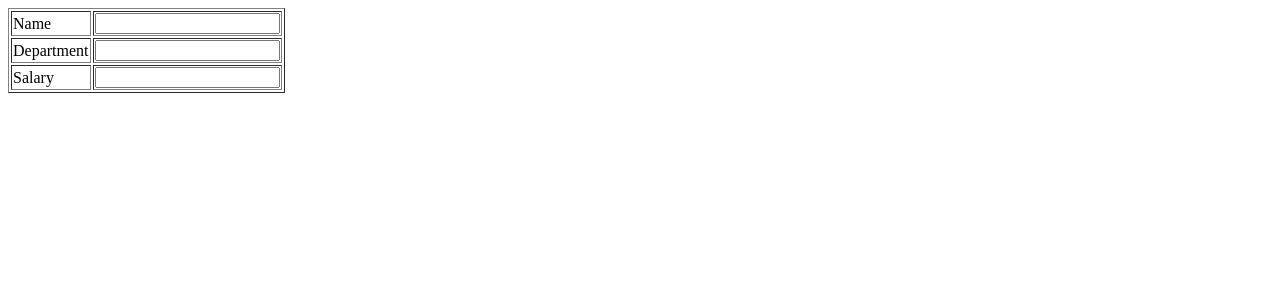
Repository: pallavi-vetal/BE-CL3
Page: C1/src/index.html
The author's editor kept a copy of each file at every save. The page is drawn from the files as they stood at one save, then again after the next save.
The browser window is 1280 px wide. The pictures show the whole page.

Above is the page before, as saved 2018-04-19 14:54:18.

### C1/src/index.html
<html><head><title>C1</title></head>
	<form action="/add" method = "post">
		<table border = "1">
			<thead>
			</thead>
			<tr>
			<td>Name</td>
			<td><input tyep ="text" name = "name"/></td>
			</tr>
			<tr>
			<td>Department</td>
			<td><input tyep ="text" name = "dept"/></td>
			</tr>
			<tr>
			<td>Salary</td>
			<td><input type ="number" name = "sal"/></td>
			</tr>
		</table>
	</form>
</html>

After the next save:
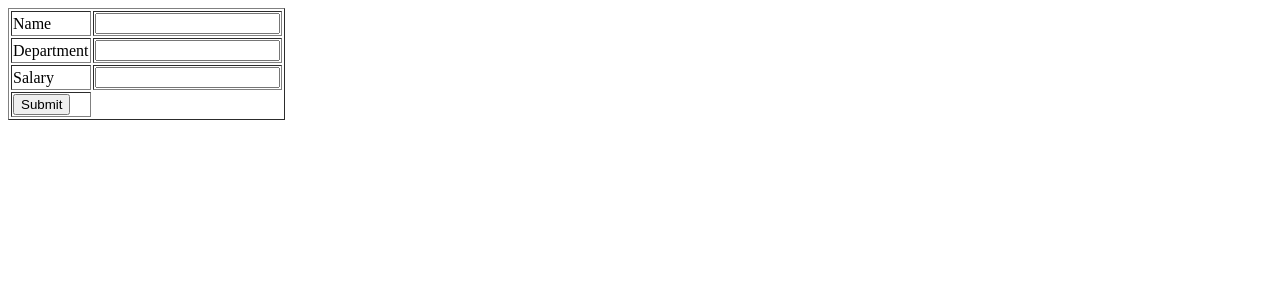
Saved 21 s later.
--- a/C1/src/index.html
+++ b/C1/src/index.html
@@ -5,7 +5,7 @@
 			</thead>
 			<tr>
 			<td>Name</td>
-			<td><input tyep ="text" name = "name"/></td>
+			<td><input type ="text" name = "name"/></td>
 			</tr>
 			<tr>
 			<td>Department</td>
@@ -15,6 +15,10 @@
 			<td>Salary</td>
 			<td><input type ="number" name = "sal"/></td>
 			</tr>
+			<tr>
+
+			<td><input type ="submit" name = "Submit"/></td>
+			</tr>
 		</table>
 	</form>
 </html>
